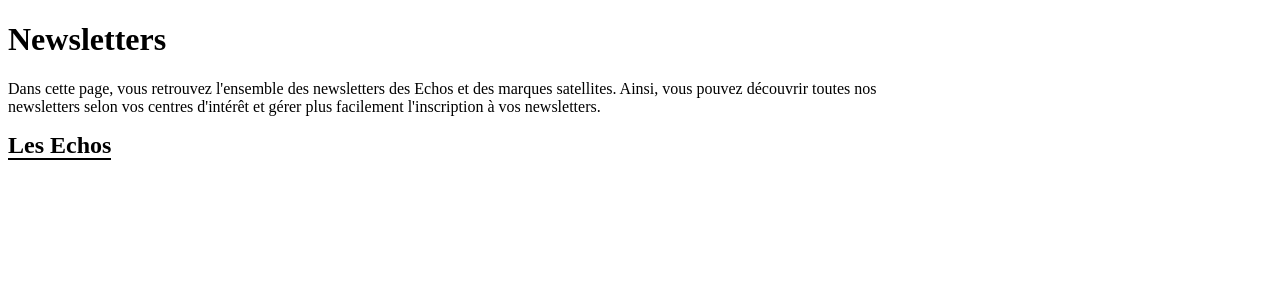
Repository: JeremyBeherec/technical-test-les-echos
Page: /
An editor plug-in stored every save of this project. The page is shown before and after the next save, followed by the edit.
The browser window is 1280 px wide. The pictures show the whole page.
The project was rebuilt for these pictures with package versions that can differ from the ones it lists, and the page was loaded fresh each time. Also part of the build but not shown: vite.config.ts.

Above is the page before, as saved 2024-04-17 15:22:14.

### index.html
<!doctype html>
<html lang="en">
  <head>
    <meta charset="UTF-8" />
    <link rel="icon" href="/icon.png" />
    <meta name="viewport" content="width=device-width, initial-scale=1.0" />
    <title>Les Echos Newsletters</title>
  </head>
  <body>
    <div id="root"></div>
    <script type="module" src="/src/main.tsx"></script>
  </body>
</html>

### src/main.tsx
import React from 'react';
import ReactDOM from 'react-dom/client';
import 'tailwindcss/tailwind.css';

import { Router } from './Router.tsx';

ReactDOM.createRoot(document.getElementById('root')!).render(
  <React.StrictMode>
    <Router />
  </React.StrictMode>,
);

### src/Router.tsx
import { BrowserRouter, Routes, Route, Navigate } from 'react-router-dom';

import { Newsletters } from './components/pages/Newsletters';

export const Router = () => {
  return (
    <BrowserRouter>
      <Routes>
        {/** since there is no "home page" in this test, redirect the root path to the newsletters */}
        <Route path="/" element={<Navigate to="/newsletters" />} />
        <Route path="/newsletters" element={<Newsletters />} />
      </Routes>
    </BrowserRouter>
  );
}

### src/components/pages/Newsletters/index.ts
export * from './Newsletters';

### src/components/pages/Newsletters/Newsletters.tsx
import { Header } from './Header';
import './Newsletters.css';

export const Newsletters = () => {
  return (
    <div className="flex justify-center">
      <div className="flex flex-col gap-4 container border border-blue-700 p-4" style={{height: 500}}>
        <Header />

        <section className="flex flex-col">
          <div className="text-with-border">
            <h2 className="text-2xl font-bold uppercase">Les Echos</h2>
          </div>
        </section>
      </div>
    </div>
  );
}

### src/components/pages/Newsletters/Newsletters.css
.container {
  width: 70%;
}

.text-with-border {
  display: inline-block;
}

.text-with-border * {
  border-bottom: 2px solid black; /* Adjust the size and color of the border as needed */
  display: inline; /* Ensures the border doesn't take up the full width of the container */
}

.title::after {
  content: "";
  background-color: red;
  width: 100%;
  height: 14;
  position: 'absolute';
  left: 0;
}

### src/components/pages/Newsletters/Header/Header.tsx
export const Header = () => {
  return (
    <header className="bg-gray-100 text-center py-6 px-4 rounded-lg">
      <h1 className="text-3xl font-bold uppercase mb-4">Newsletters</h1>

      <p>Dans cette page, vous retrouvez l'ensemble des newsletters des Echos et des marques satellites. Ainsi, vous pouvez découvrir toutes nos newsletters selon vos centres d'intérêt et gérer plus facilement l'inscription à vos newsletters.</p>
    </header>
  );
}

Loaded but not shown: src/components/pages/Newsletters/Header/index.ts (common file)

After the next save:
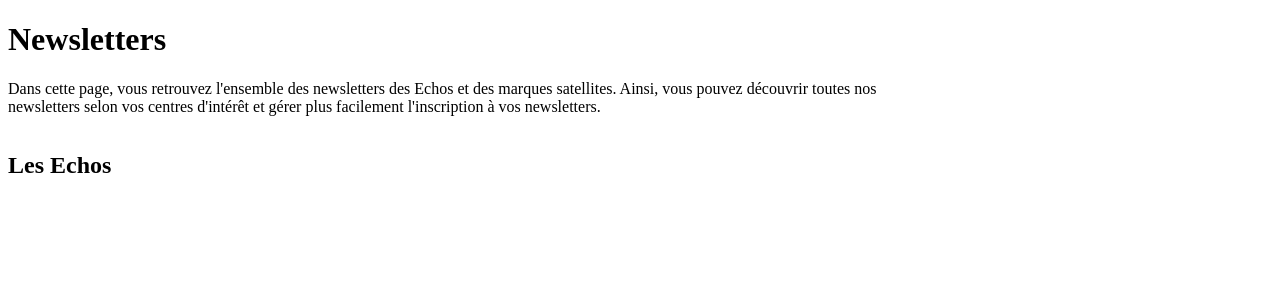
Saved 82 s later.
--- a/src/components/pages/Newsletters/Newsletters.css
+++ b/src/components/pages/Newsletters/Newsletters.css
@@ -4,11 +4,21 @@
 
 .text-with-border {
   display: inline-block;
+  position: relative;
 }
 
 .text-with-border * {
-  border-bottom: 2px solid black; /* Adjust the size and color of the border as needed */
-  display: inline; /* Ensures the border doesn't take up the full width of the container */
+  position: relative;
+}
+
+.text-with-border *::after {{
+  content: ""; /* Required for pseudo-elements */
+  position: absolute; /* Position the pseudo-element relative to its container */
+  bottom: 0; /* Position the pseudo-element at the bottom of the paragraph */
+  left: 0; /* Align the pseudo-element with the start of the paragraph */
+  width: 50%; /* Adjust the width of the border as needed */
+  height: 1px; /* Adjust the thickness of the border as needed */
+  background-color: black; /* Adjust the color of the border as needed */
 }
 
 .title::after {
